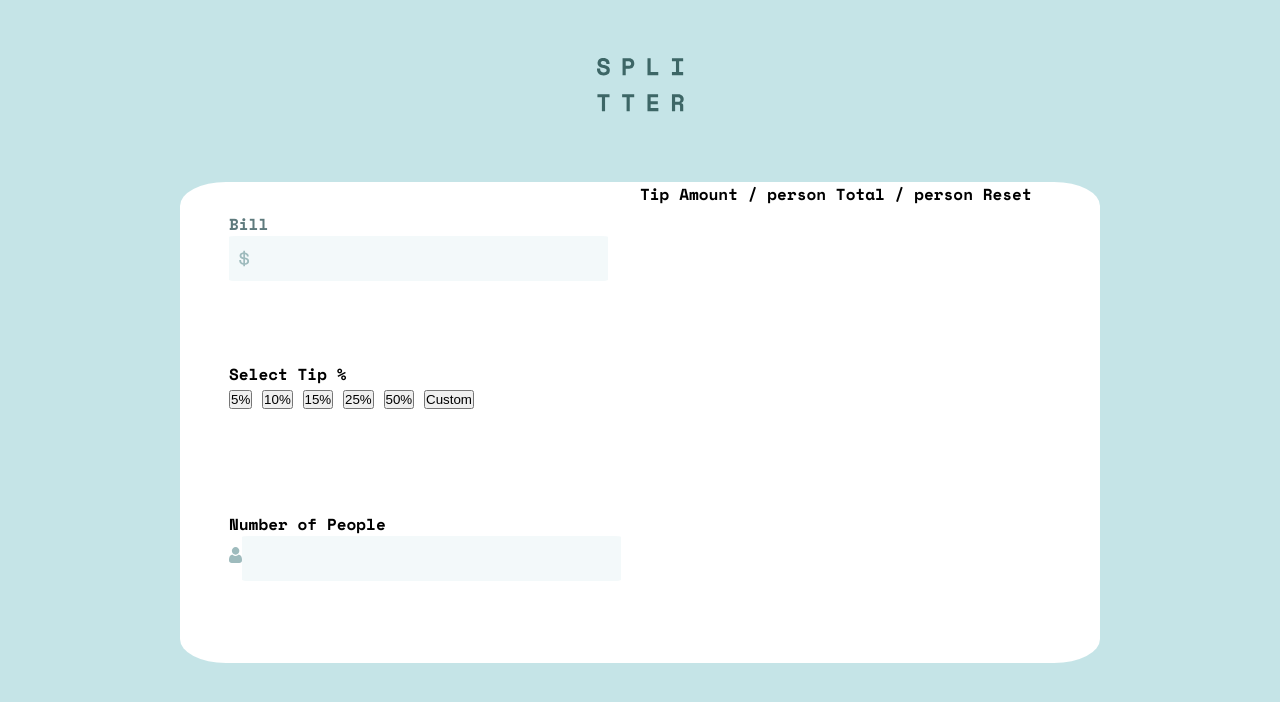
Repository: Arkitecth/tip-calculator
Page: index.html
The author's editor kept a copy of each file at every save. The page is drawn from the files as they stood at one save, then again after the next save.
The browser window is 1280 px wide. The pictures show the whole page.

Above is the page before, as saved 2023-06-09 17:50:36.

### index.html
<!DOCTYPE html>
<html lang="en">
<head>
  <meta charset="UTF-8">
  <meta name="viewport" content="width=device-width, initial-scale=1.0"> <!-- displays site properly based on user's device -->

  <link rel="icon" type="image/png" sizes="32x32" href="./images/favicon-32x32.png">
  <link rel="stylesheet" href="styles.css">
  <title>Tip calculator app</title>

</head>
<body>

  <main>
    <img src="images/logo.svg" alt="logo">
      <div class="app">
        <div class="entry">
          <div class="bill-entry">
            <p>Bill</p>
            <img src="images/icon-dollar.svg" alt="dollar sign"><input class="entry-input" type="text" name="Bill" id="Bill">
          </div>

          <div class="tip-entry">
            <p>Select Tip %</p>
            <input type="button" value="5%">
            <input type="button" value="10%">
            <input type="button" value="15%">
            <input type="button" value="25%">
            <input type="button" value="50%">
            <input type="button" value="Custom">
          </div>

          <div class="people-entry">
            <p>Number of People</p>
            <img src="images/icon-person.svg" alt="person sign"><input class="entry-input" type="text" name="people-entry" id="people-entry">
          </div>

        </div>

        <div class="result">
          Tip Amount
          / person

          Total
          / person

          Reset
        </div>


  </div>
  </main>





</body>
</html>

### styles.css
@import url('https://fonts.googleapis.com/css2?family=Space+Mono:wght@700&display=swap');
* {
    margin: 0;
    padding: 0;
}

/* Main Styling */
body {
    background-color: #C5E4E7;
    font-family: 'Space Mono', monospace;
}

main {
    display: flex;
    flex-direction: column;
    justify-content: center;
    align-items: center;
    align-content: center;
    height: 100vh;
    gap: 70px;
}

/* App Styling */

.app {
    width: 920px;
    height: 481px;
    background-color: white;
    border-radius: 5%;
    display: grid;
    grid-template-columns: 1fr 1fr;
}

/* Entry Styling */

.entry {
    display: grid;
    padding-top: 30px;
    grid-template-rows: 1fr 1fr 1fr;
    padding-left: 30px;
    justify-content: center;
}

.entry-input {
    background-color:#f3F9FA;
    width: 379px;
    height: 45px;
    border: none;
    border-radius: 2%;

}

.entry-input:focus {
    outline: none;
    border: 1px solid #26C2AE;

}

/* Bill Styling */

.bill-entry {
    position: relative;
    color: #5E7A7D;
}

.bill-entry img {
    position: absolute;
    top: 38px;
    left: 10px;
}

After the next save:
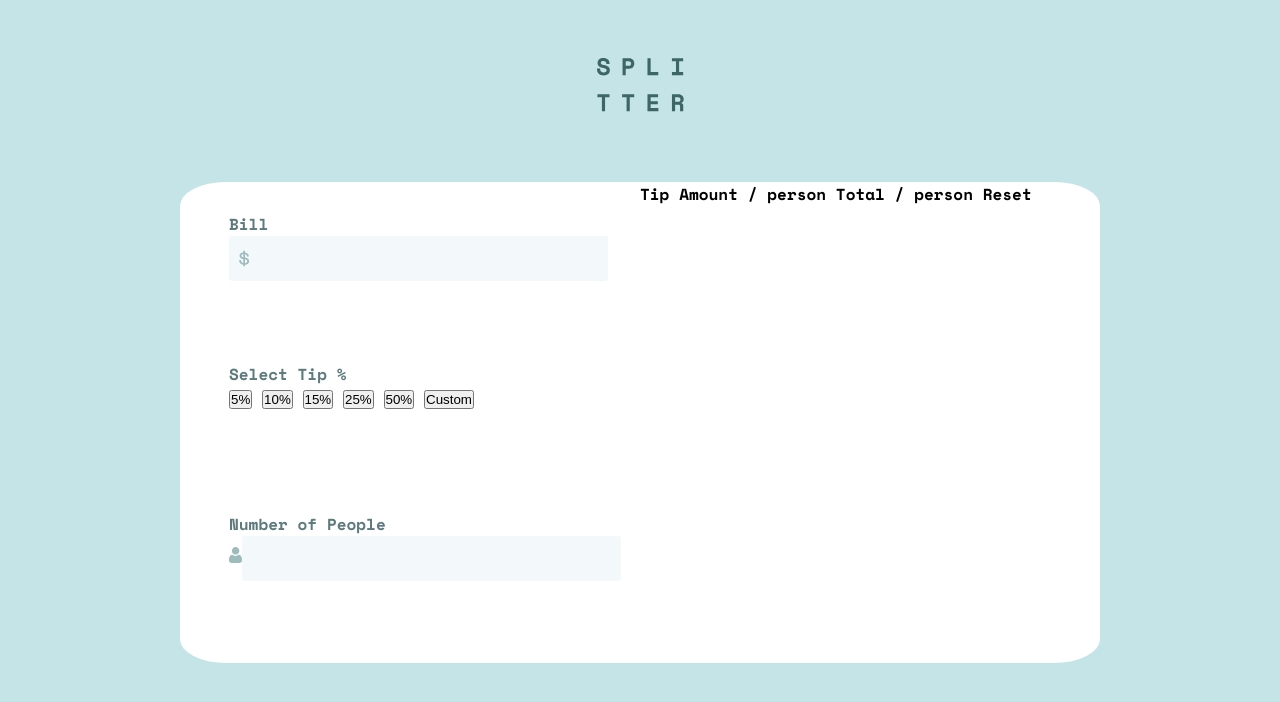
Saved 9 s later.
--- a/styles.css
+++ b/styles.css
@@ -39,6 +39,7 @@
     grid-template-rows: 1fr 1fr 1fr;
     padding-left: 30px;
     justify-content: center;
+    color: #5E7A7D;
 }
 
 .entry-input {
@@ -60,7 +61,7 @@
 
 .bill-entry {
     position: relative;
-    color: #5E7A7D;
+
 }
 
 .bill-entry img {
